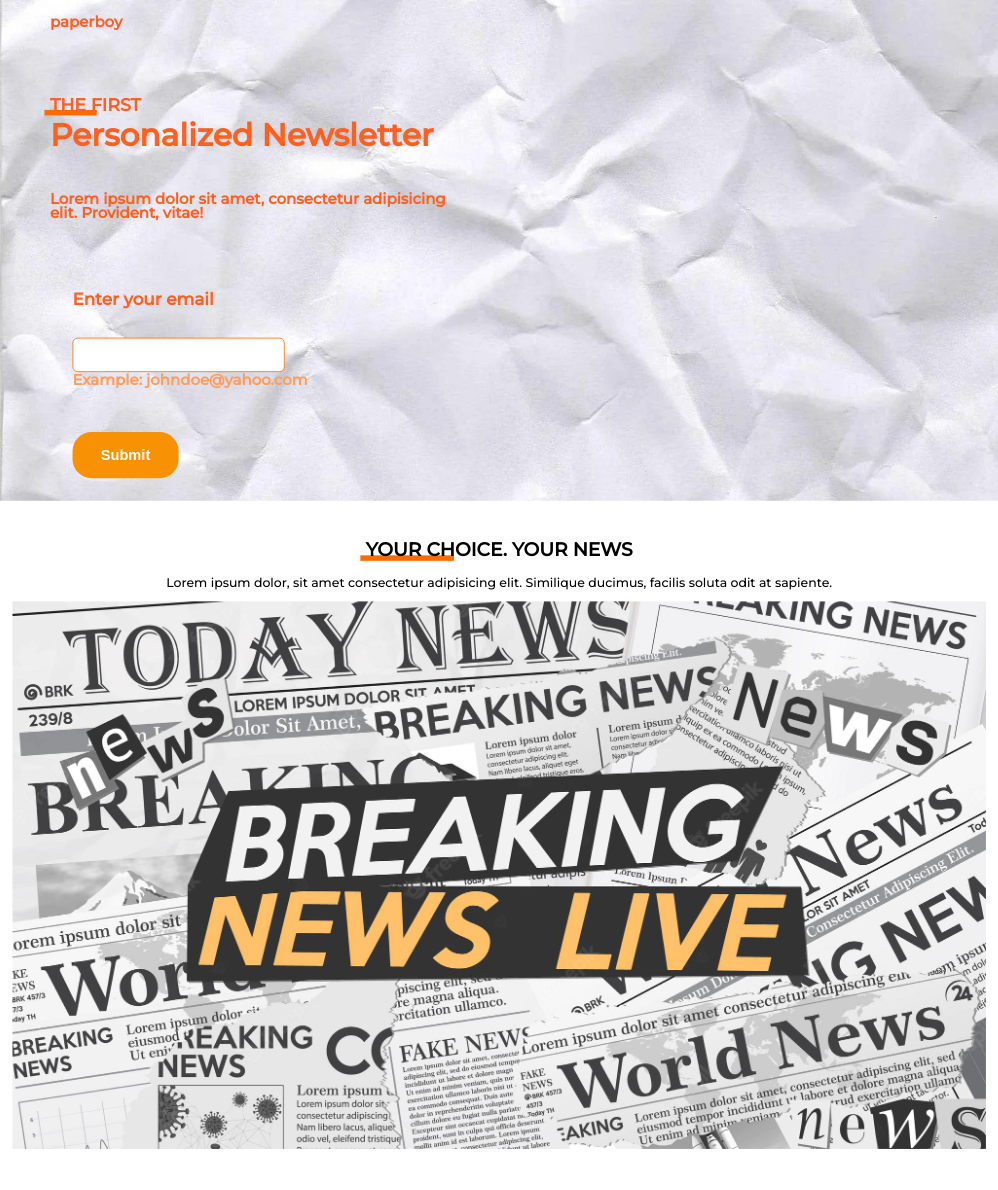
Repository: Gionnn/proiecte
Page: index.html
An editor plug-in stored every save of this project. The page is shown before and after the next save, followed by the edit.
The browser window is 1280 px wide. The pictures show the whole page, at 78% of full size.

Above is the page before, as saved 2022-11-28 12:30:43.

After the next save:
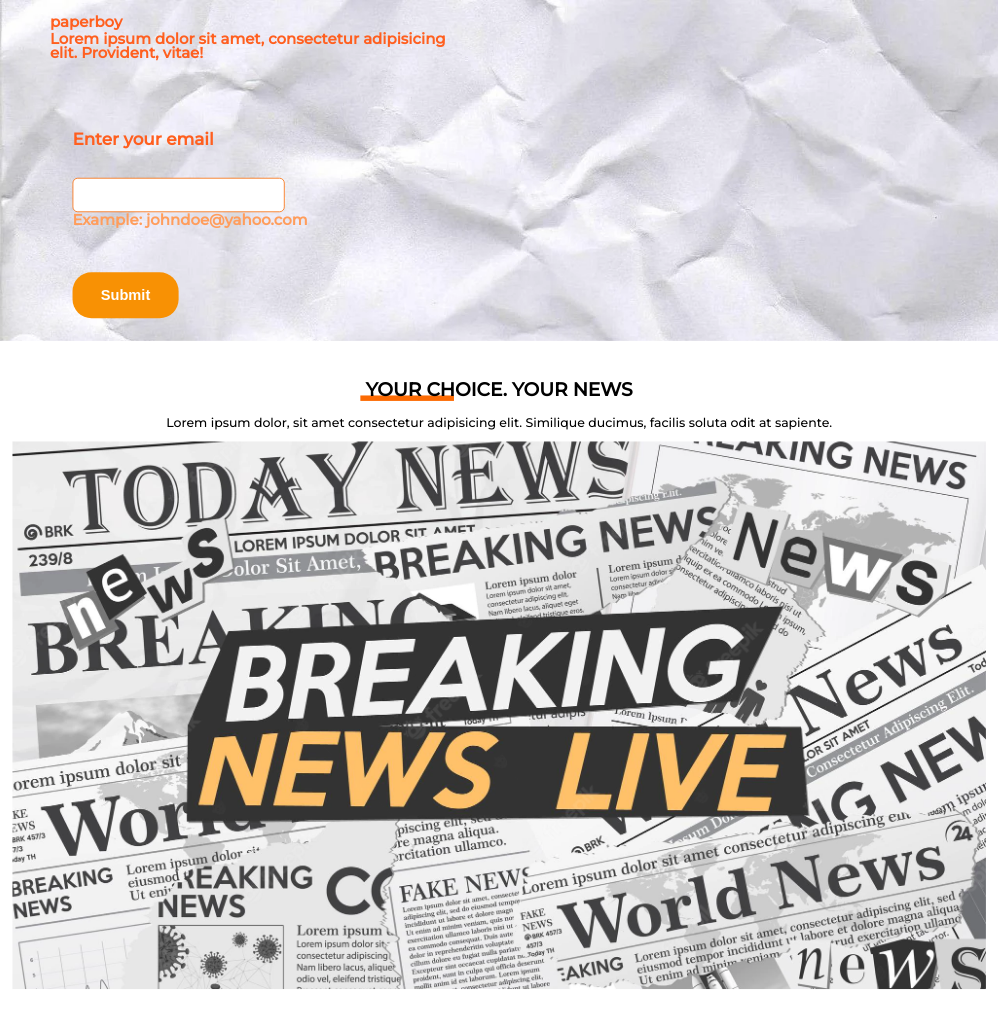
Saved 26 s later.
--- a/css/main.css
+++ b/css/main.css
@@ -146,6 +146,9 @@ p {
   .hero-bg section {
     width: 40%;
   }
+  h1 {
+    display: none;
+  }
   .form-container {
     margin: 2em 0 0;
     padding: 2em;
